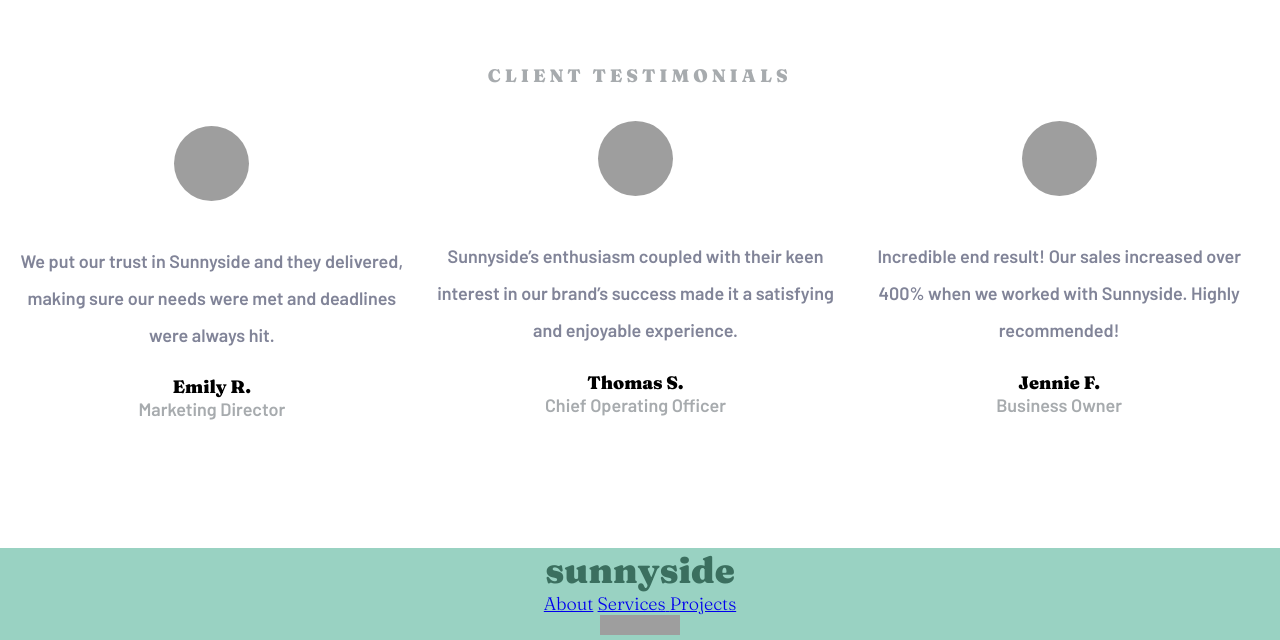
Repository: Roshanell/Sunny-Side-Agency
Page: index.html
An editor plug-in stored every save of this project. The page is shown before and after the next save, followed by the edit.
The browser window is 1280 px wide. The pictures show the part of the page from y = 2160 to 2980 px (the page is 2800 px tall before and 2980 px after).
Pictures or frames that could not be fetched are drawn as grey boxes. Some web libraries are served in a nearby version.

Above is the page before, as saved 2022-07-07 16:56:58.

After the next save:
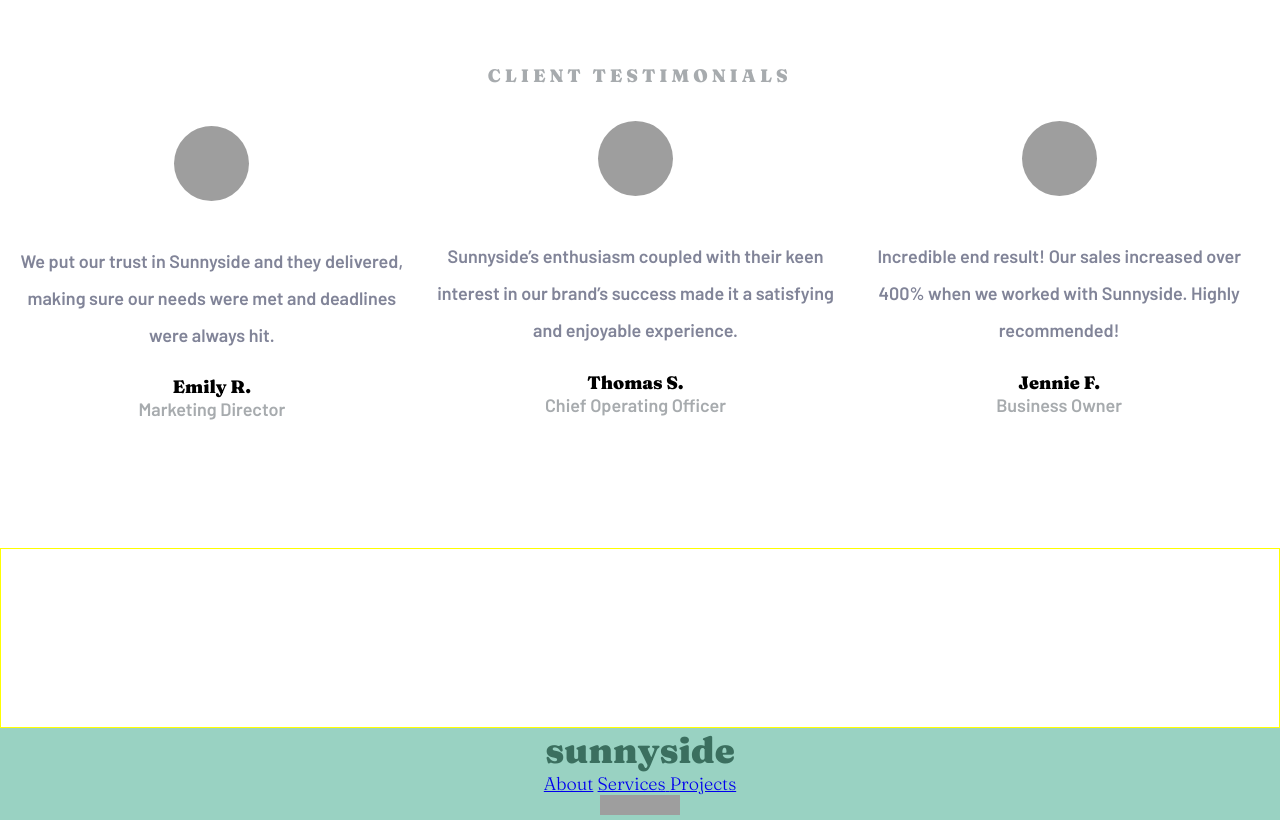
Saved 3 min 11 s later.
--- a/css/style.css
+++ b/css/style.css
@@ -361,8 +361,10 @@ span a {
   }
 
   .fourImgs {
+    border: yellow solid 1px;
     float: left;
-    border: yellow;
+    width: 100%;
+    height: 25vh;
   }
   .footer {
     float: left;
